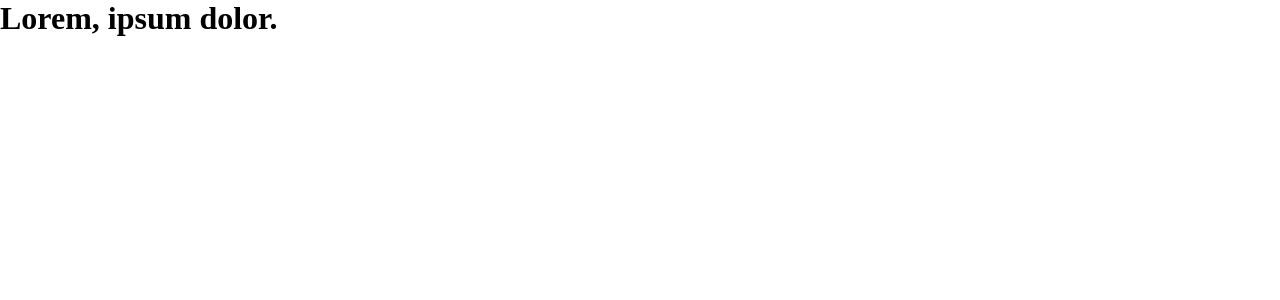
Repository: AytacSafarova/Scss-sample
Page: pages/homePage/index.html
An editor plug-in stored every save of this project. The page is shown before and after the next save, followed by the edit.
The browser window is 1280 px wide. The pictures show the whole page.

Above is the page before, as saved 2023-11-07 11:49:38.

After the next save:
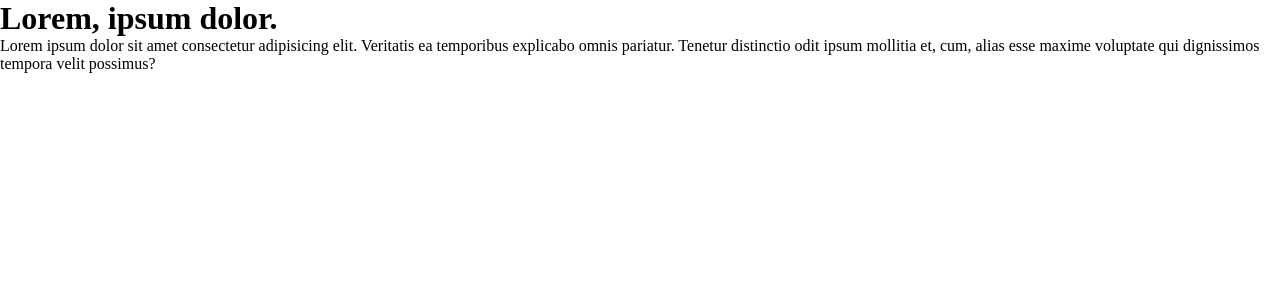
Saved 4 s later.
--- a/pages/homePage/index.html
+++ b/pages/homePage/index.html
@@ -11,6 +11,7 @@
     <div class="container">
         <div class="child">
             <h1>Lorem, ipsum dolor.</h1>
+            <p>Lorem ipsum dolor sit amet consectetur adipisicing elit. Veritatis ea temporibus explicabo omnis pariatur. Tenetur distinctio odit ipsum mollitia et, cum, alias esse maxime voluptate qui dignissimos tempora velit possimus?</p>
         </div>
     </div>
 </body>
